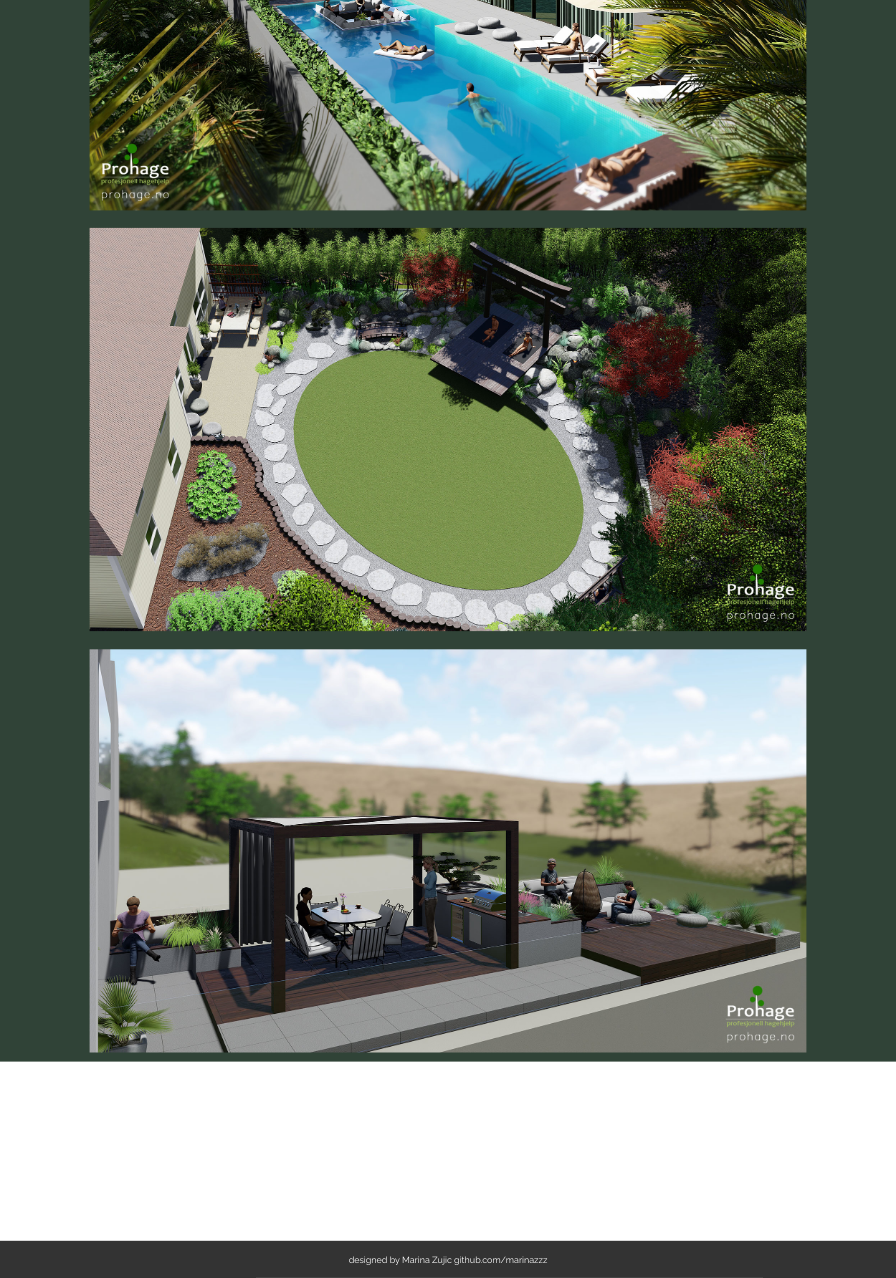
Repository: marinazzz/garden-design-website
Page: Garden design website/index.html
The author's editor kept a copy of each file at every save. The page is drawn from the files as they stood at one save, then again after the next save.
The browser window is 1280 px wide. The pictures show the part of the page from y = 1831 to 3751 px (the page is 3657 px tall before and 3751 px after), at 70% of full size.

Above is the page before, as saved 2020-04-01 14:14:57.

### Garden design website/index.html
<!DOCTYPE html>
<html lang="nb">
<head>
    <title>Hagedesign Oslo</title>
    <link rel="stylesheet" type="text/css" href="CSS/fontawesome-free-5.12.1-web/css/all.min.css">
    <link rel="stylesheet" type="text/css" href="CSS/style.css"/>
    <link rel="stylesheet" type="text/css" href="CSS/min-width-768px.css">
    <link rel="stylesheet" type="text/css" href="CSS/min-width-992px.css">
    <link rel="stylesheet" href="https://cdnjs.cloudflare.com/ajax/libs/animate.css/3.7.2/animate.min.css">
    <link rel="stylesheet" type="text/css" href="PLUGINS/glide-master/dist/css/glide.core.min.css" />
    <link rel="stylesheet" type="text/css" href="PLUGINS/glide-master/dist/css/glide.theme.min.css" />
    <link href="https://fonts.googleapis.com/css?family=Raleway&display=swap" rel="stylesheet">
    <meta name="viewport" content="width=device-width, initial-scale=1" charset="UTF-8">
</head>
<body>
    <header class="header--white-green">
        <div class="wrapper">
        <div class="container__menu--small container__menu"> <!--grid container-->
            <div class="container__logo"> <!--1.column-->
                <img class="logo"src="images/prohage black.png" alt="Prohage logo">
            </div>
            <div class="container__items--small container__items"> <!--2.column-->
                <div class="container__item"> <!--1.row-->
                     <a href="mailto:info@prohage.no"
                         class ="container__item-txt"><i class="far fa-envelope"></i>info@prohage.no</a>
                     <a href="tlf:45511111"
                         class="container__item-txt"><i class="fas fa-phone"></i>45511111</a>
                </div>
               <div class="container__item-bottom"> <!--2.row-->
                   <button class="menu__toggle">
                       <i class="fas fa-bars"></i>
                   </button>
                   <nav id="menu">
                        <ul class="menu__list">
                            <li class="menu__item">
                                <a class="menu__link" href="home">Home</a>
                            </li>
                            <li class="menu__item">
                                <a class="menu__link" href="#services">Våre tjenester</a>
                            </li>
                            <li class="menu__item">
                                <a class="menu__link" href="#gallery">Galleri</a>
                            </li>
                            <li class="menu__item">
                                <a class="menu__link" href="#about">Om oss</a>
                            </li>
                            <li class="menu__item">
                                <a class="menu__link" href="#blog">Blogg</a>
                            </li>
                            <li class="menu__item">
                                <a class="menu__link" href="kontakt">Kontakt</a>
                            </li>
                       </ul>
                   </nav>
               </div>
            </div>
            </div>
        </div>
        <section id="main-photo">
            <div class="glide">
                <div class="glide__track"
                     data-glide-el="track">
                    <ul class="glide__slides">
                        <li class="glide__slide">
                            <img class="main-photo__item"
                                 srcset="images/daylight-environment-garden-2000.jpg 2000w,
                                         images/daylight-environment-garden-1000.jpg 1000w"
                                 sizes="(min-width: 1440px) 2000px, 100vw"
                                 src="images/daylight-environment-garden-2000.jpg" alt="Garden and plants" />
                                 <h1 class="main-photo__title">Profesjonell hagehjelp</h1>
                        </li>
                        <li class="glide__slide">
                            <img class="main-photo__item"
                                 srcset="images/main-header-photo-2000.jpg 2000w,
                                          images/main-header-photo-1000.jpg 1000w"
                                 sizes="(min-width: 1440px) 2000px, 100vw"
                                 src="images/main-header-photo-2000.jpg" alt="Garden and plants" />
                                 <h1 class="main-photo__title">Ta kontakt allerede idag</h1>
                                </li>
                        <li class="glide__slide">
                            <img class="main-photo__item"
                                 srcset="images/header-photo-2000.jpg 2000w,
                                         images/header-photo-1000.jpg 1000w"
                                 sizes="(min-width: 1440px) 2000px, 100vw"
                                 src="images/header-photo-2000.jpg" alt="Garden designed by proffesional" />
                                 <h1 class="main-photo__title">Rådgiving og tipser</h1>
                        </li>
                        <li class="glide__slide">
                            <img class="main-photo__item"
                                 srcset="images/bloom-blooming-blur-2000.jpg 2000w,
                                         images/bloom-blooming-blur-1000.jpg 1000w"
                                 sizes="(min-width: 1440px) 2000px, 100vw"
                                 src="images/bloom-blooming-blur-2000.jpg" alt="Garden designed by proffesional" />
                                 <h1 class="main-photo__title">Følg vår hageblogg</h1>
                        </li>
                    </ul>
                </div>
                <!--<div class="glide__arrows"
                         data-glide-el="controls">
                        <button class="glide__arrow glide__arrow--left"
                                data-glide-dir="<">
                            <i class="fas fa-chevron-circle-left"></i>
                        </button>
                        <button class="glide__arrow glide__arrow--right"
                                data-glide-dir=">">
                            <i class="fas fa-chevron-circle-right"></i>
                        </button>
                    </div>-->
            </div>

            <!--<img class="main-photo__item1"
                 srcset="images/architecture-clouds-daylight-2000.jpg 2000w,
                         images/architecture-clouds-daylight-1000.jpg 1000w"
                 sizes="(min-width: 1440px) 2000px, 100vw"
                 src="images/architecture-clouds-daylight-2000.jpg" alt="Garden">
            <img class="main-photo__item2"
                 srcset="images/header-photo-2000.jpg 2000w,
                         images/header-photo-1000.jpg 1000w"
                 sizes="(min-width: 1440px) 2000px, 100vw"
                 src="images/header-photo-2000.jpg" alt="Garden designed by proffesional" >
            <img class="main-photo__item3"
                 srcset="images/main-header-photo-2000.jpg 2000w,
                         images/main-header-photo-1000.jpg 1000w"
                 sizes="(min-width: 1440px) 2000px, 100vw"
                 src="images/main-header-photo-2000.jpg" alt="Garden and plants" >
            <h1 class="main-photo__title">Profesjonell hagehjelp</h1>-->
        </section>
     </header>
     <main>
         <section id="services" class="section--white-green section__container">
            <h1 class="services__title">Tjenester</h1>
            <div class="services__wrapp">
            <section class="services__item">
                <div class="item-title__wrapp">
                    <i class="fas fa-circle"></i>
                    <h2 class="services__item-title">Hagedesign</h2>
                </div>
                <p class="services__txt">Lorem ipsum dolor sit amet consectetur adipisicing elit. Reiciendis, laboriosam.ipsum ex aperiam dolores corporis iusto!</p>
                <div class="button__position">
                     <img class="services__photo" src="images/person-holding-black-pen-1109541.jpg" alt="Hagedesigner tegner" />
                     <button class="services__toggle">les mer</button>
                </div>
            </section>
            <section class="services__item">
                <div class="item-title__wrapp">
                    <i class="fas fa-circle"></i>
                    <h2 class="services__item-title">Hagekonsultasjon</h2>
                </div>
                <p class="services__txt">Lorem ipsum dolor sit amet consectetur adipisicing elit. Reiciendis, laboriosam.ipsum ex aperiam dolores corporis iusto!</p>
                <div class="button__position">
                    <img class="services__photo" src="images/colorful-garden-1226667-1919x1272.jpg" alt="Hagekonsultasjon med hagedesigner"/> <!--smaller picture than other 2-->
                    <button class="services__toggle">les mer</button>
                </div>
            </section>
            <section class="services__item">
                <div class="item-title__wrapp">
                    <i class="fas fa-circle"></i>
                    <h2 class="services__item-title">Hageskise</h2>
                </div>
                <p class="services__txt">Lorem ipsum dolor sit amet consectetur adipisicing elit. Reiciendis, laboriosam.ipsum ex aperiam dolores corporis iusto!</p>
                <div class="button__position">
                    <img class="services__photo" src="images/selective-focus-photography-of-green-leafed-plant-on-table-1424464.jpg" alt="Hagedesigner hjelp"/>
                    <button class="services__toggle">les mer</button>
                </div>
            </section>
            </div>
         </section>
         <section id="gallery" class="section--dark-green section__container">
            <h1 class="gallery__title services__title">Våre prosjekter</h1>
            <div class="gallery__wrapp">
                <img class="gallery__item"
                     srcset="images/gallery-photo1-2000.jpg 2000w,
                             images/gallery-photo1-1000.jpg 1000w"
                     sizes="(min-width: 1440px) 2000px, 100vw"
                     src="images/gallery-photo1-2000.jpg" alt="Hagedesign terrase" />
                <img class="gallery__item"
                     srcset="images/gallery-photo2-2000.jpg 2000w,
                             images/gallery-photo2-1000.jpg 1000w"
                     sizes="(min-width: 1440px) 2000px, 100vw"
                     src="images/gallery-photo2-2000.jpg" alt="Hagedesign terrase" />
                <img class="gallery__item"
                     srcset="images/gallery-photo3-2000.jpg 2000w,
                             images/gallery-photo3-1000.jpg 1000w"
                     sizes="(min-width: 1440px) 2000px, 100vw"
                     src="images/gallery-photo3-2000.jpg" alt="Hagedesign terrase" />
            </div>



        </section>
         <article id="blog-posts">

         </article>
         <section id="about oss">

        </section>
     </main>
     <footer>
	     <p>designed by Marina Zujic
		     <a href="https://github.com/marinazzz">github.com/marinazzz</a>
	     </p>
     </footer>
     <script src="PLUGINS/glide-master/dist/glide.min.js"></script>
     <script>
        new Glide('.glide', {
            type: 'carousel',
            autoplay: true,
            hoverpause: false,
            perView: 1,
            animationDuration: 10000
        }).mount()
      </script>
     <script src="JS/js-app.js"></script>
</body>
</html>

### Garden design website/CSS/style.css
html {
  font-size: 62.5%;
}

body {
  margin: 0;
  padding: 0;
  text-align: center;
  box-sizing: border-box;
  font-family: 'Raleway', sans-serif;
}

       /*__ HEADER__ */

/*color styles*/
.header--white-green {
  --header-bg-color: #528C36;
  --header-link-color: black;
  --header-menu-link: #fff;
  --header-toggle-color: #528C36;
}

/*main style*/
.container__menu--small {
  display: flex;
  justify-content: space-around;
  box-shadow: 0 0 2rem 0 rgba(0, 0, 0, 0.24), 0 0 30rem 0 rgba(0, 0, 0, 0.2);
}

.logo {
  max-height: 8rem;
  background: white;
}

.container__items--small {
  display: grid;
  grid-template-rows: 1fr 1fr;
  align-content: flex-end;
  width: 250px;
}

.container__item {
  align-self: center;
}

.container__item,
.container__item-bottom {
  text-align: end;
}

.container__item-txt {
  color: var(--header-link-color);
  text-decoration: none;
  font-size: 1.2rem;
}

.container__item > a:first-of-type {
  padding-right: 1.6rem;
}

.container__item-bottom > nav {
  text-align: center;
}

.menu__toggle {
  color: var(--header-bg-color);
  box-sizing: border-box;
  border: none;
  background-color: transparent;
  outline: none;
  font-size: 3rem;
  line-height: 0;
  padding: 0.5rem;
  color: var(--header-toggle-color);
  position: relative;
  z-index: 100;
}

.fa-phone,
.fa-envelope {
  margin-right: 1rem;
}


/* MENU */

#menu {
  display: none;
  position: absolute;
  top: auto;
  left: 0;
  width: 100%;
  padding-top: 1rem;
  background-color: var(--header-bg-color);
  z-index: 20;
}

.menu__list {
  padding: 0;
  margin: 0;
  display: flex;
  flex-direction: column;
}

.menu__item {
  display: block;
  margin-bottom: 1rem;
}

.menu__link {
  color: var(--header-menu-link);
  text-decoration: none;
  font-size: 1.4rem;
}

#menu.menu-opened {
  display: block;
}


/*FOR SMALL DEVICES*/

@media screen and (max-width: 420px) {

  .logo {
    max-height: 7rem;
  }

  .container__items--small {
    width: auto;
    align-self: center;
  }

  .container__item > a:first-of-type {
    padding-right: 1.3rem;
  }

  .container__item {
    text-align: center;
  }

  .fa-phone, .fa-envelope {
    margin-right: 0.3rem;
  }
}

/* MAIN PICTURE */

#main-photo {
  width: 100%;
  padding-top: 1rem;
}

.main-photo__title {
  position: absolute;
  color: white;
  background-color:#524a4a3b;
  border: 0.1rem solid white;
  filter: drop-shadow(2px 4px 6px black);
  padding: 2rem;
  margin: 0 auto;
  font-size: 1.5rem;
  letter-spacing: 0.2rem;
  top: 50%;
  left: 50%;
  transform: translate(-50%, -50%);
}



/* GLIDE SLIDER CSS OVERRIDES */

.glide__slides {
  margin: 0;
}

.glide__slide {
  position: relative;
}

/*#main-photo .glide__arrow  {
  font-size: 4rem;
  padding: 0;
  border-color: transparent;
  box-shadow: none;
  border-radius: 50%;
  line-height: 0;
  transition: all 200ms ease-in-out;
}

#main-photo .glide__arrow:hover {
  border-color: #252525;
  color: #252525;
}*/



/*#main-photo {
  position: relative;
}

.main-photo__item {
   width: 100%;
}

.main-photo__title {
  position: absolute;
  bottom: 1rem;
  left: 20rem;
  font-size: 2rem;
}*/



/*1. COLOR OPTION*/
/* CSS variables*/
/* :root {
  --header-bg-color: #4daa57;
  --header-top-bg-color: #252525;
  --header-toggle-color: #fff;
}*/

/*.top-header__item {
  color: var(--header-link-color);
  text-decoration: none;
  font-size: 1.4rem;
}*/


/*------MAIN----------*/

/* SECTIONS */

/*Common styles for sections*/

/*color styles*/
.section--white-green {
  --section-bg: #FAFAFA;
  --section-title-bg: #528C36;
  --section-border-color: #528C36;
  --section-h2-color: #1C1A21;
  --buttons-services-color: #528C36;
}

/*layout*/
.services__wrapp {
  padding: 1rem 1rem 0 1rem;
  display: flex;
  flex-direction: column;
}

/*#services, #gallery, #reviews, #about {
  padding: 0.5rem;
  background: var(--section-bg);
}*/

/*.services-title, .gallery-title, .about-title {
  font-size: 2.5rem;
  margin: 0 9rem;
  padding-top: 1.6rem;
  letter-spacing: 0.32rem;
  border-bottom: var(--section-border-color) solid 0.25rem;
}*/


/* SECTION SERVICES */

.services__title {
  font-size: 2.5rem;
  position: absolute;
  left: 50%;
  transform: translate(-50%, -50%);
  border-radius: 0.7rem;
  color: #fafafa;
  background: var(--section-title-bg);
  letter-spacing: 0.32rem;
  padding: 1rem;
  margin: 0 auto;
  text-transform: uppercase;
}

.services__title,
.services__photo,
.services__toggle {
  box-shadow: 0 16px 38px -12px rgba(0, 0, 0, 0.56), 0 4px 25px 0px rgba(0, 0, 0, 0.12), 0 8px 10px -5px rgba(0, 0, 0, 0.2);
}

.services__item {
  padding-top: 5rem;
}

.item-title__wrapp {
  display: flex;
  justify-content: center;
  align-items: center;
}

.fas,
.fa-circle {
  color: var(--buttons-services-color);
}

.services__item-title {
  color: var(--section-h2-color);
  letter-spacing: 0.2rem;
  margin: 0.5rem 0 0.5rem 0;
  font-size: 2rem;
  padding: 0 1rem;
}

.services__txt {
  margin: 0;
  padding: 1.5rem;
}

.button__position {
  position: relative;
}

.button__position > button {
  position: absolute;
  bottom: -15%;
  left: 50%;
  transform: translate(-50%, -50%);
}

.services__photo {
  overflow: hidden;
  border-radius: 50%;
  border-right: solid 1.2rem var(--section-border-color);
  width: 80%;
}

.services__toggle {
  background: var(--buttons-services-color);
  border-radius: 3rem;
  box-sizing: border-box;
  border: none;
  font-size: 1.4rem;
  padding: 1.2rem 3rem;
  color: #fff;
}


/* SECTION GALLERY */

.section--dark-green {
  --section-bg: #304337;
  --section-title-color: #304337;
  --section-title-bg: #86BEA9;
  --section-border-color: #86BEA9;
  --section-h2-color: #86BEA9;
}

#gallery {
  margin-top: 8rem;
  position: relative;
}

.gallery__title {
  color: var(--section-title-color);
  background: var(--section-title-bg);
}

.gallery__wrapp {
  background: var(--section-bg);
  display: flex;
  flex-direction: column;
  align-items: center;
  padding-top: 5rem;
}

.gallery__item {
  padding: 1rem;
  width: 80%;
}

/*FOOTER*/

footer {
  background: #333333;
  padding: 0.5rem;
  margin-top: 20rem; /*temporary*/
  color: white;
}

footer a {
  color: white;
  text-decoration: none;
}

### Garden design website/CSS/min-width-768px.css
@media screen and (min-width: 768px) {

  html {
    font-size: 70%;
  }

   /* HEADER */


   .container__menu,
   .container__items {
    display: grid;
   }

   .container__menu {
    grid-template-columns: 2fr 80%;
    box-shadow: 0 0 2rem 0 rgba(0, 0, 0, 0.62), 0 0 30rem 0 rgba(0, 0, 0, 0.19);
  }

  .container__items {
    grid-template-rows: 1fr 1fr;
    background: var(--header-bg-color);
    width: auto;
  }

  .container__item,
  .container__item-bottom {
    display: flex;
  }

  .container__item {
    align-self: center;
    justify-content: space-around;
    /*padding-left: 23rem;*/
  }

  .container__item > a:first-of-type {
    padding-left: 10rem;
  }

  .container__item-bottom {
    align-items: center;
  }

  .menu__toggle {
    display: none;
  }

  /* NAVIGATION */

  #menu,
  .menu-opened .menu__item .menu__link {
    display: block;
  }

  #menu {
    position: static;
    padding: 0;
    top: 0;
  }

  #menu,
  .menu_list {
    height: 100%;
  }

  .menu__list {
    height: 100%;
    flex-direction: row;
    justify-content: center;
    align-items: center;
    padding-left: 5rem;
  }

  .menu__item {
    height: 100%;
    display: block;
    flex-grow: 1;
    margin: 0;
    line-height: 4.5rem;
  }

  .menu__item:hover {
    background-color:#272727;
  }

  .menu__link:active {
    color:black;
  }

  .menu__link,
  .container__item-txt {
    font-weight: bold;
  }

  /* color styles */

  :root {
    /*header*/
    --header-bg-color:#528C36;
    --link-color: #FCFDF9;
  }

  /* MAIN PHOTO */

  .main-photo__title {
    font-size: 2rem;
    letter-spacing: 0.3rem;
}


/* SECTIONS */

/*Common styles for sections*/
/*layout*/
.services__wrapp {
  flex-direction: row;
}

.services__item {
  padding-top: 3rem;
}

.button__position > button {
  bottom: -20%;
}

}

### Garden design website/CSS/min-width-992px.css
@media screen and (min-width: 992px) {
    html {
        font-size: 80%;
    }

   /* HEADER */

    .logo {
        max-height: 9rem;
    }

    .container__items {
        width: auto;
    }

    .container__item {
        padding-left: 22rem;;
    }

    .container__item-bottom,
    .container__items {
        padding: 0;
    }

    #menu {
        padding-left: 10rem;
    }
}

@media screen and (min-width: 1440px) {

    /* HEADER */
    .container__menu {
        max-width: 1500px;
        margin: 0 auto;
    }

    .container__item {
        padding-left: 47rem;;
    }

    #menu {
        padding-left: 30rem;
    }


    /* MAIN PHOTO */

    .main-photo__title {
        font-size: 3rem;
        letter-spacing: 0.5rem;
    }
}

@media screen and (min-width: 2560px) {

    .logo {
        max-height: 12rem;
    }

    .container__item {
        justify-self: center;
    }

    .container__item > a:first-of-type {
        padding: 0 13rem;
    }

    .container__item-bottom {
        padding: 0 40rem;
    }

    /*content on middle*/

    .container__menu {
        max-width: 2000px;
    }

    .container__item-bottom,
    .container__items {
        padding: 0;
    }

    #menu,
    .container__item {
        padding-left: 50rem;
    }

    /* SECTIONS */

    .section__container {
        max-width: 2000px;
        margin: 0 auto;
    }

    .button__position > button {
        bottom: -10%;
      }
}

### Garden design website/JS/js-app.js
let mainNav = document.getElementById("menu");

let navBarToggle = document.querySelector(".menu__toggle");

navBarToggle.addEventListener("click", function () {

    mainNav.classList.toggle("menu-opened");
});

Loaded but not shown: Garden design website/CSS/fontawesome-free-5.12.1-web/css/all.min.css (library); Garden design website/PLUGINS/glide-master/dist/css/glide.core.min.css (common file); Garden design website/PLUGINS/glide-master/dist/css/glide.theme.min.css (common file); Garden design website/PLUGINS/glide-master/dist/glide.min.js (library)

After the next save:
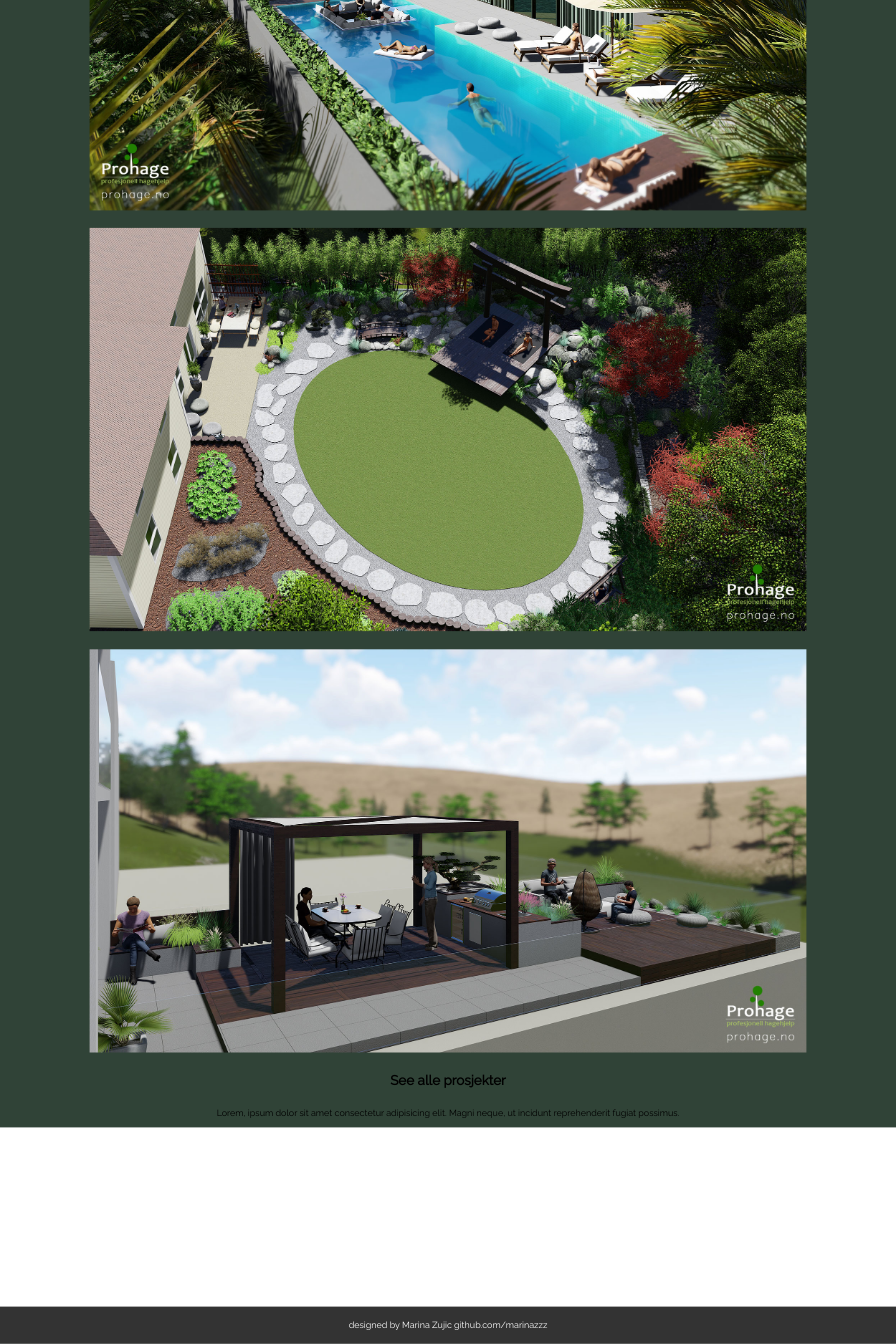
Saved 2 min 38 s later.
--- a/Garden design website/index.html
+++ b/Garden design website/index.html
@@ -183,6 +183,8 @@
                              images/gallery-photo3-1000.jpg 1000w"
                      sizes="(min-width: 1440px) 2000px, 100vw"
                      src="images/gallery-photo3-2000.jpg" alt="Hagedesign terrase" />
+                <h2 class="gallery__item-title">See alle prosjekter</h2>
+                <p class="gallery__txt">Lorem, ipsum dolor sit amet consectetur adipisicing elit. Magni neque, ut incidunt reprehenderit fugiat possimus.</p>
             </div>
 
 
